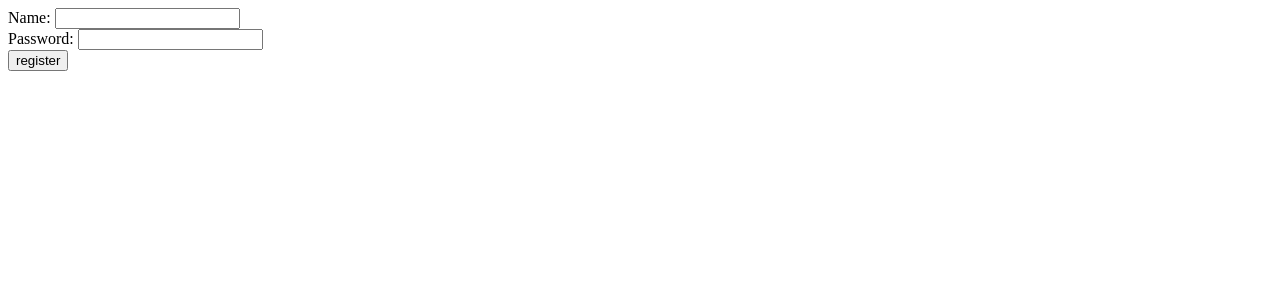
Repository: AwareSelf/JavaTrainingPublic
Page: 15Sep/webapp_1sepbatch/HtmlJSWeb/src/main/webapp/form_validation.html
These files come from the project's save history. The page is drawn as it stood at one moment and after the next save; the edit follows.
The browser window is 1280 px wide. The pictures show the whole page.

Above is the page before, as saved 2022-09-13 12:26:15.

### 15Sep/webapp_1sepbatch/HtmlJSWeb/src/main/webapp/form_validation.html
<script>
function validateform(){
var name=document.myform.name.value;
var password=document.myform.password.value;

if (name==null || name==""){
  alert("Name can't be blank");
  return false;
}else if(password.length<6){
  alert("Password must be at least 6 characters long.");
  return false;
  }
}
</script>
<body>
<form name="myform" method="post" action="abc.jsp" onsubmit="return validateform()" >
Name: <input type="text" name="name"><br/>
Password: <input type="password" name="password"><br/>
<input type="submit" value="register">
</form>
</body>

After the next save:
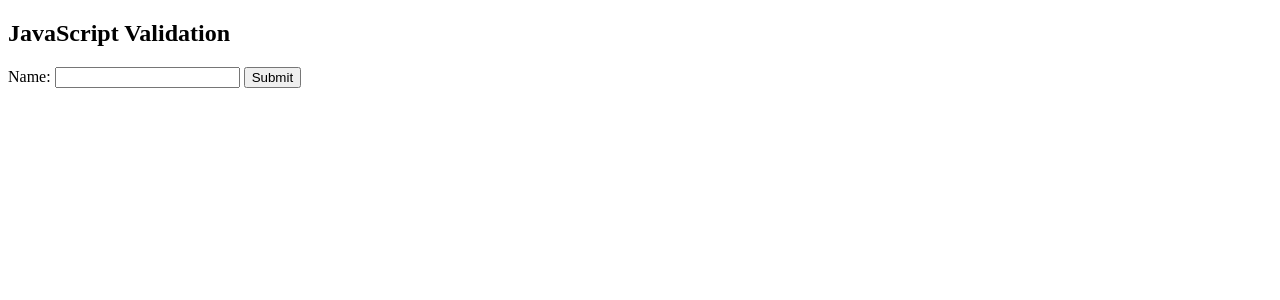
Saved 6 min 54 s later.
--- a/15Sep/webapp_1sepbatch/HtmlJSWeb/src/main/webapp/form_validation.html
+++ b/15Sep/webapp_1sepbatch/HtmlJSWeb/src/main/webapp/form_validation.html
@@ -1,21 +1,24 @@
+<!DOCTYPE html>
+<html>
+<head>
 <script>
-function validateform(){
-var name=document.myform.name.value;
-var password=document.myform.password.value;
-
-if (name==null || name==""){
-  alert("Name can't be blank");
-  return false;
-}else if(password.length<6){
-  alert("Password must be at least 6 characters long.");
-  return false;
+function validateForm() {
+  let x = document.forms["myForm"]["fname"].value;
+  if (x == "") {
+    alert("Name must be filled out");
+    return false;
   }
 }
 </script>
+</head>
 <body>
-<form name="myform" method="post" action="abc.jsp" onsubmit="return validateform()" >
-Name: <input type="text" name="name"><br/>
-Password: <input type="password" name="password"><br/>
-<input type="submit" value="register">
+
+<h2>JavaScript Validation</h2>
+
+<form name="myForm" action="/action_page.php" onsubmit="return validateForm()" method="post">
+  Name: <input type="text" name="fname">
+  <input type="submit" value="Submit">
 </form>
+
 </body>
+</html>
